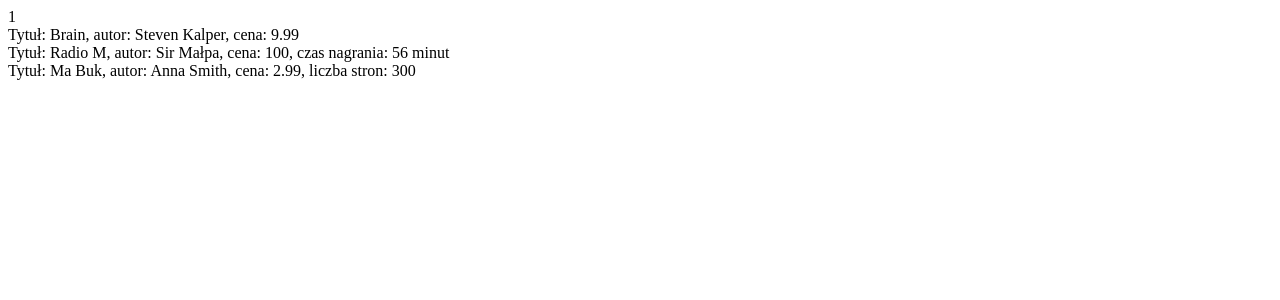
Repository: wojciechDrozd/php
Page: http://localhost/ShopProduct.php
The author's editor kept a copy of each file at every save. The page is drawn from the files as they stood at one save, then again after the next save.
The browser window is 1280 px wide. The pictures show the whole page.
The page is run by PHP 8.4 with error messages shown; the project is at /var/www/html/.

Above is the page before, as saved 2017-03-04 14:05:54.

After the next save:
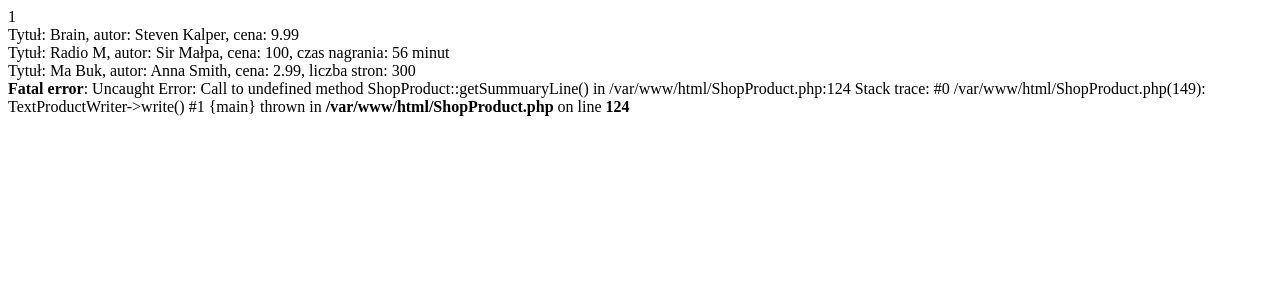
Saved 15 min 3 s later.
--- a/Shop/ShopProduct.php
+++ b/Shop/ShopProduct.php
@@ -96,17 +96,36 @@
 
 	abstract public function write();
 }
+class XmlProductWriter extends ShopProductWriter{
+	public function write(){
+		$writer = new XMLWriter();
+		$writer->openMemory();
+		$writer->startDocument('1.0','UTF-8');
+		$writer->startElement("products");
+		foreach ($this->products as $shopProduct){
+			$writer->startElement("product");
+			$writer->writeAttribute("title", $shopProduct->getTitle());
+			$writer->startElement("summary");
+			$writer->text($shopProduct->getSummaryLine());
+			$writer->endElement();//element summary
+			$writer->endElement();//element product
 
-class XmlProductWriter extends ShopProductWriter{
+		}
 
-	public function write(){
-
+		$writer->endElement();
+		$writer->endDocument();
+		print $writer->flush();
 	}
 }
-
-
-
-
+class TextProductWriter extends ShopProductWriter {
+	public function write(){
+		$str = "PRODUCTS:\n";
+		foreach($this->products as $shopProduct){
+			$str .= $shopProduct->getSummuaryLine()."\n";
+		}
+		print $str;
+	}
+}
 
 //================================================================================================//
 
@@ -116,12 +135,18 @@
 $shopProduct = new ShopProduct("Brain", "Steven", "Kalper", 9.99);
 print "{$shopProduct->getSummaryLine()}"."<br>";
 
-
 $cdProduct = new CdProduct("Radio M", "Sir", "Małpa", 100, 56);
 print $cdProduct->getSummaryLine()."<br>";
 
 $bookProduct = new BookProduct("Ma Buk", "Anna", "Smith", 2.99, 300);
 print $bookProduct->getSummaryLine();
 
+$mywriter = new TextProductWriter();
+$mywriter->addProduct($shopProduct);
+$mywriter->addProduct($cdProduct);
+$mywriter->addProduct($bookProduct);
+
+$mywriter->write();
+
 
 ?>

After the save that followed:
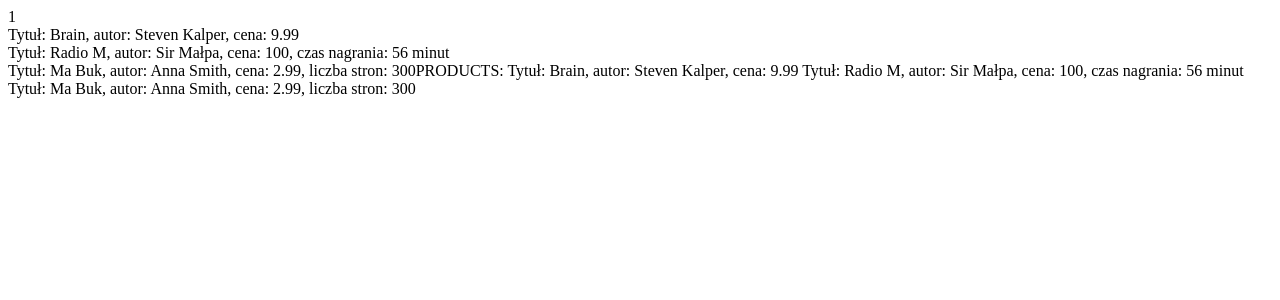
Saved 39 s later.
--- a/Shop/ShopProduct.php
+++ b/Shop/ShopProduct.php
@@ -121,7 +121,7 @@
 	public function write(){
 		$str = "PRODUCTS:\n";
 		foreach($this->products as $shopProduct){
-			$str .= $shopProduct->getSummuaryLine()."\n";
+			$str .= $shopProduct->getSummaryLine()."\n";
 		}
 		print $str;
 	}
